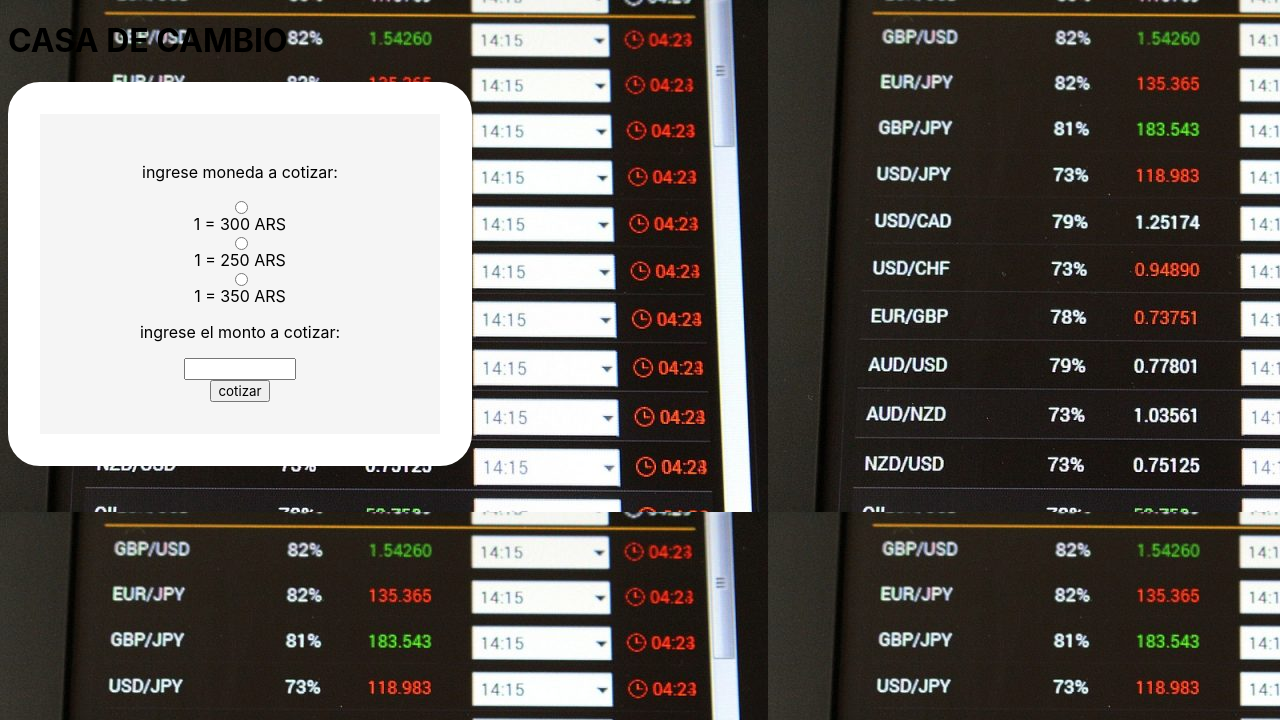
Repository: AgusL01/Bootstrap-Agustin-lago-
Page: Desktop/clases coder/proyecto-final-agustin-lago-main/index.html
An editor plug-in stored every save of this project. The page is shown before and after the next save, followed by the edit.
The browser window is 1280 px wide. The pictures show the whole page.

Above is the page before, as saved 2022-08-25 15:31:33.

After the next save:
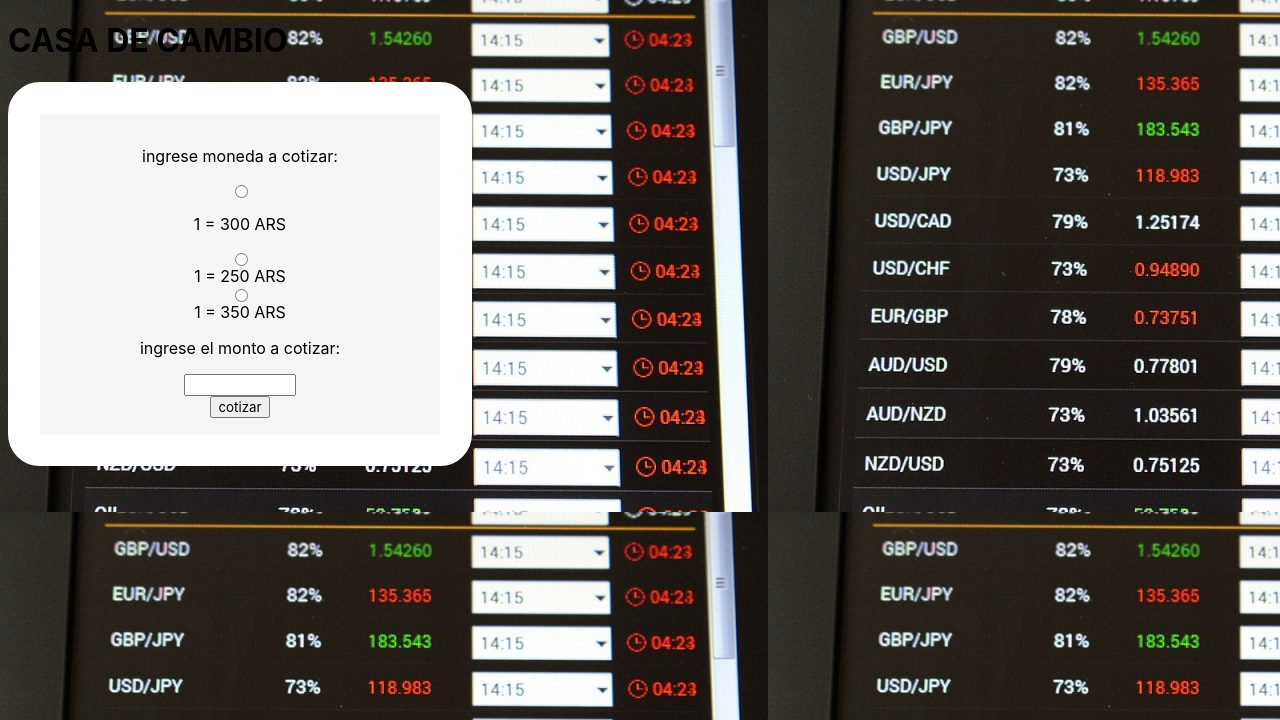
Saved 8 min 56 s later.
--- a/Desktop/clases coder/proyecto-final-agustin-lago-main/index.html
+++ b/Desktop/clases coder/proyecto-final-agustin-lago-main/index.html
@@ -11,7 +11,7 @@
     <h1>CASA DE CAMBIO</h1>
     <form class="formulario">
             <p>ingrese moneda a cotizar:</p>
-            <input type='radio' name="dolar" id="uno"> 1 = 300 ARS
+            <input type='radio' name="dolar" id="uno"> <p>1 = 300 ARS</p>
             <input type="radio" name="euro" id="dos">1 = 250 ARS
             <input type="radio" name="libra" id="tres">1 = 350 ARS
             <p>ingrese el monto a cotizar:</p>
